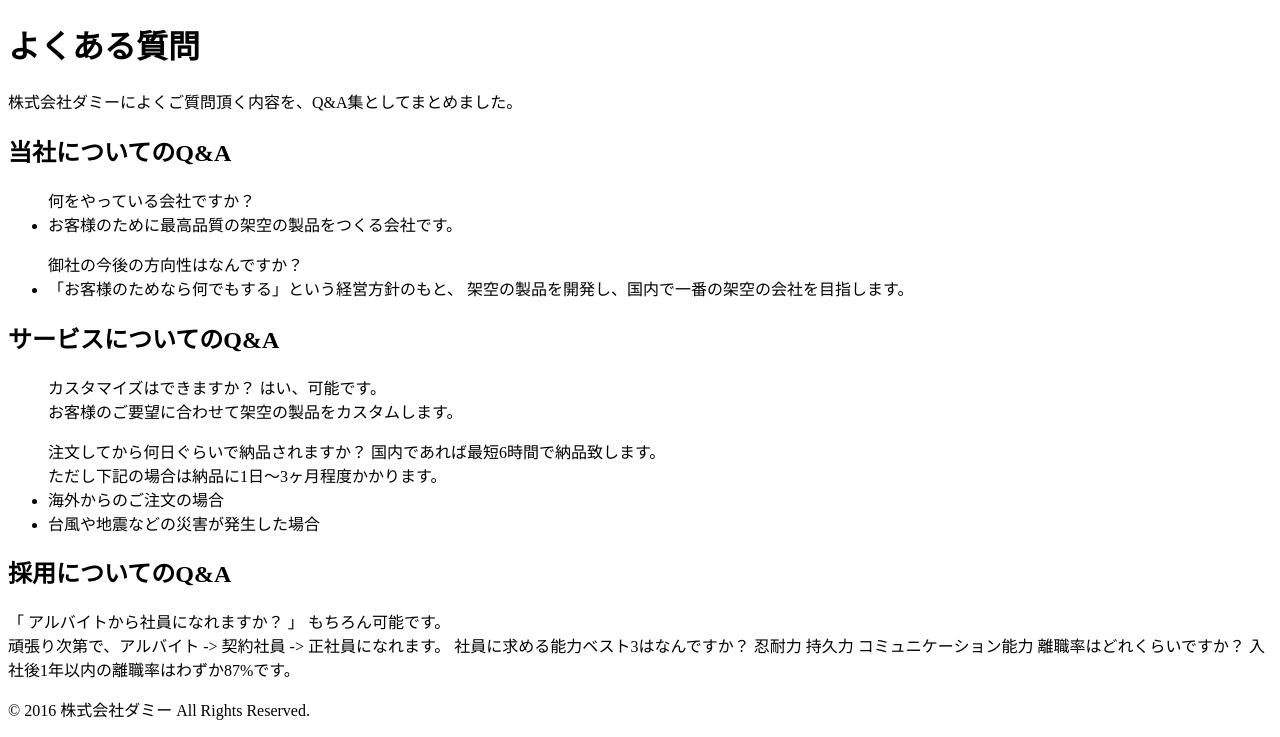
Repository: winc1980/practice-hp2022-wednesday
Page: ruka/practice1.html
These files come from the project's save history. The page is drawn as it stood at one moment and after a run of saves; the edit follows.
The browser window is 1280 px wide. The pictures show the whole page.

Above is the page before, as saved 2022-05-26 00:07:13.

### ruka/practice1.html
<!DOCTYPE html>
<html lang="ja">
<head>
    <meta charset="UTF-8">
    <meta http-equiv="X-UA-Compatible" content="IE=edge">
    <meta name="viewport" content="width=device-width, initial-scale=1.0">
    <title>よくある質問 | 架空の株式会社ダミー</title>
</head>
<body>
    <h1>よくある質問</h1>

<p>
株式会社ダミーによくご質問頂く内容を、Q&A集としてまとめました。
</p>

<h2>当社についてのQ&A</h2>

<ul>
何をやっている会社ですか？
<li>
お客様のために最高品質の架空の製品をつくる会社です。
</li>
</ul>
<ul>
御社の今後の方向性はなんですか？
<li>
「<span>お客様のためなら何でもする</span>」という経営方針のもと、
架空の製品を開発し、<span>国内で一番の架空の会社を目指します</span>。
</li>
</ul>

<h2>サービスについてのQ&A</h2>
<ul>
カスタマイズはできますか？
はい、可能です。<br>
お客様のご要望に合わせて架空の製品をカスタムします。
</ul>
<ul>
注文してから何日ぐらいで納品されますか？
国内であれば最短6時間で納品致します。<br>
ただし下記の場合は納品に1日〜3ヶ月程度かかります。
<li>
海外からのご注文の場合
</li>
<li>
台風や地震などの災害が発生した場合
</li>
</ul>
<h2>採用についてのQ&A</h2>
<q>
アルバイトから社員になれますか？
</q>
もちろん可能です。<br>
頑張り次第で、アルバイト -> 契約社員 -> 正社員になれます。
社員に求める能力ベスト3はなんですか？
忍耐力
持久力
コミュニケーション能力

離職率はどれくらいですか？
入社後1年以内の離職率は<span>わずか</span>87%です。
<p>
© 2016 株式会社ダミー All Rights Reserved.
</p>
</body>
</html>

After the next 2 saves:
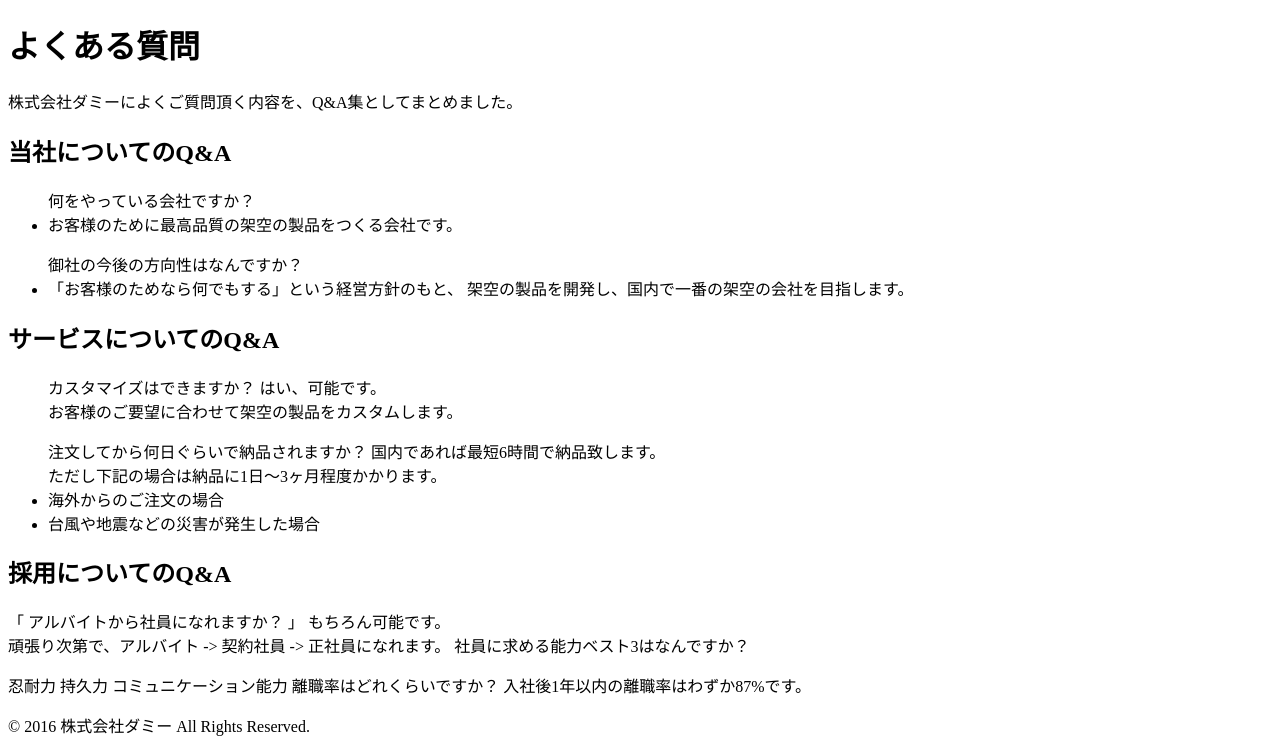
The 2 saves are shown as one change because they came seconds apart.
The last was saved 58 s later.
--- a/ruka/practice1.html
+++ b/ruka/practice1.html
@@ -53,6 +53,7 @@
 もちろん可能です。<br>
 頑張り次第で、アルバイト -> 契約社員 -> 正社員になれます。
 社員に求める能力ベスト3はなんですか？
+<ul></ul>
 忍耐力
 持久力
 コミュニケーション能力
